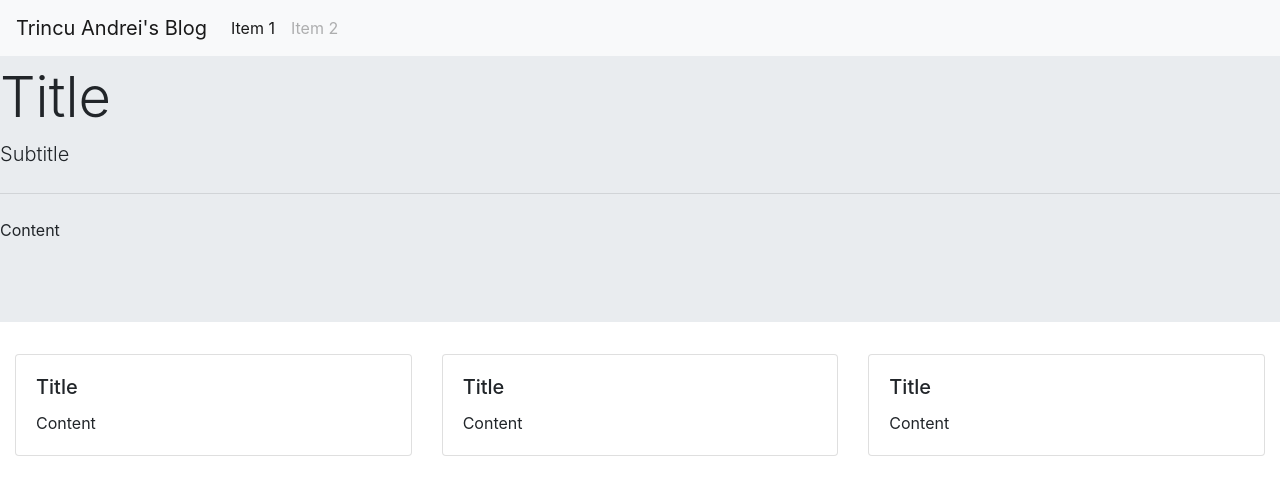
Repository: nicolasolo/bitesizecoding.space
Page: index.html
These files come from the project's save history. The page is drawn as it stood at one moment and after the next save; the edit follows.
The browser window is 1280 px wide. The pictures show the whole page.

Above is the page before, as saved 2020-04-09 17:03:04.

After the next save:
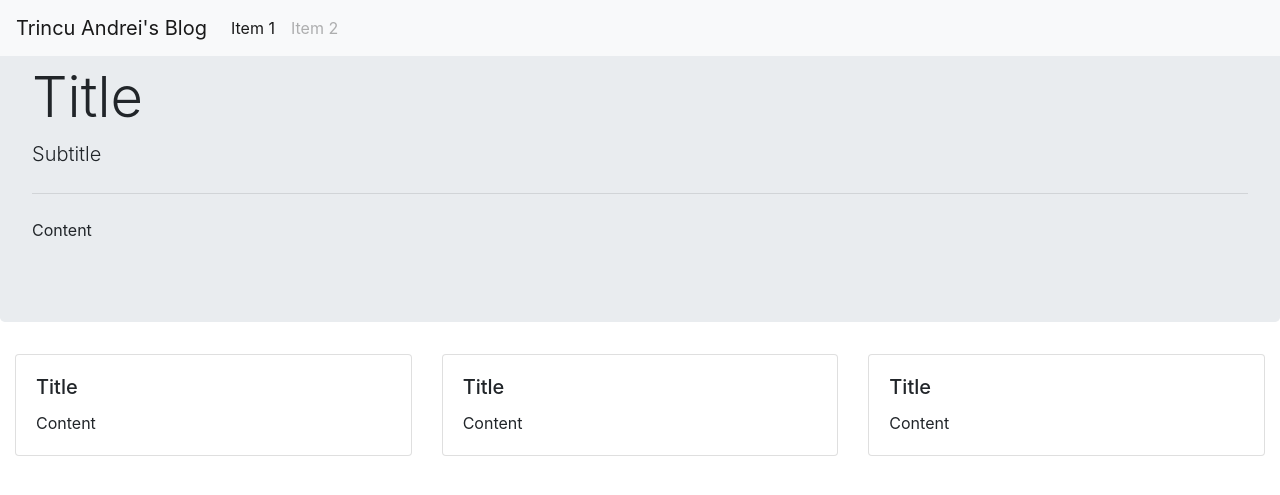
Saved 24 s later.
--- a/index.html
+++ b/index.html
@@ -30,7 +30,7 @@
 </header>
 <main>
     <div>
-        <div class="jumbotron jumbotron-fluid">
+        <div class="jumbotron">
             <h1 class="display-4">Title</h1>
             <p class="lead">Subtitle</p>
             <hr class="my-4">
